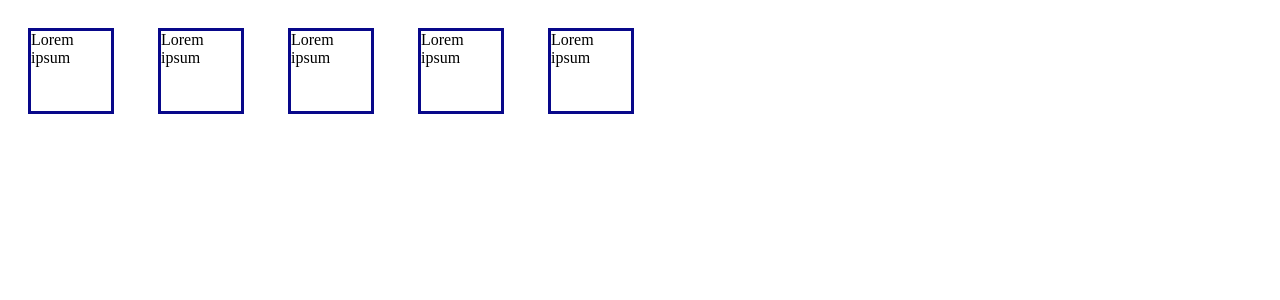
Repository: soso1525/bitcamp
Page: workspace/java-web/src/main/webapp/ch2/2-51.html
The author's editor kept a copy of each file at every save. The page is drawn from the files as they stood at one save, then again after the next save.
The browser window is 1280 px wide. The pictures show the whole page.

Above is the page before, as saved 2017-12-12 07:59:48.

### workspace/java-web/src/main/webapp/ch2/2-51.html
<!DOCTYPE html>
<html>
<head>
    <title>HTML5 Basic</title>
    <style>
        span {
            display: inline-block;
            border: 3px solid #08088A;
            width: 80px;
            height: 80px;
            margin: 20px;
        }
    </style>
</head>
<body>
    <span>Lorem ipsum</span>
    <span>Lorem ipsum</span>
    <span>Lorem ipsum</span>
    <span>Lorem ipsum</span>
    <span>Lorem ipsum</span>
</body>
</html>

After the next save:
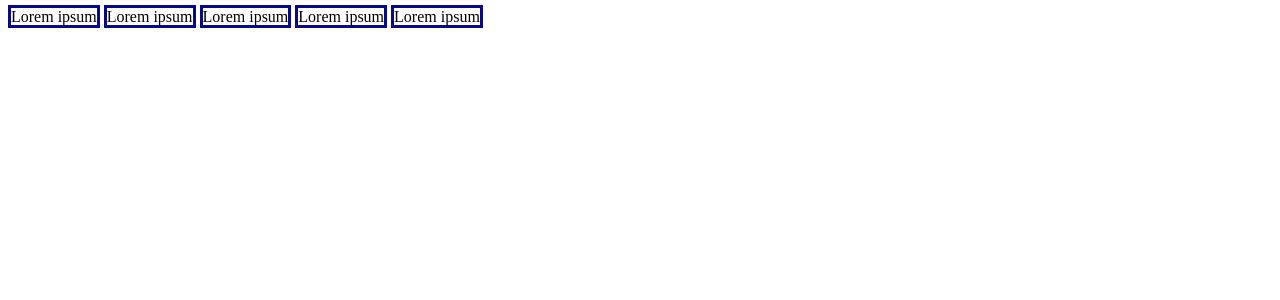
Saved 23 s later.
--- a/workspace/java-web/src/main/webapp/ch2/2-51.html
+++ b/workspace/java-web/src/main/webapp/ch2/2-51.html
@@ -4,11 +4,11 @@
     <title>HTML5 Basic</title>
     <style>
         span {
-            display: inline-block;
+            /* display: inline-block; */
             border: 3px solid #08088A;
-            width: 80px;
+            /* width: 80px;
             height: 80px;
-            margin: 20px;
+            margin: 20px; */
         }
     </style>
 </head>
